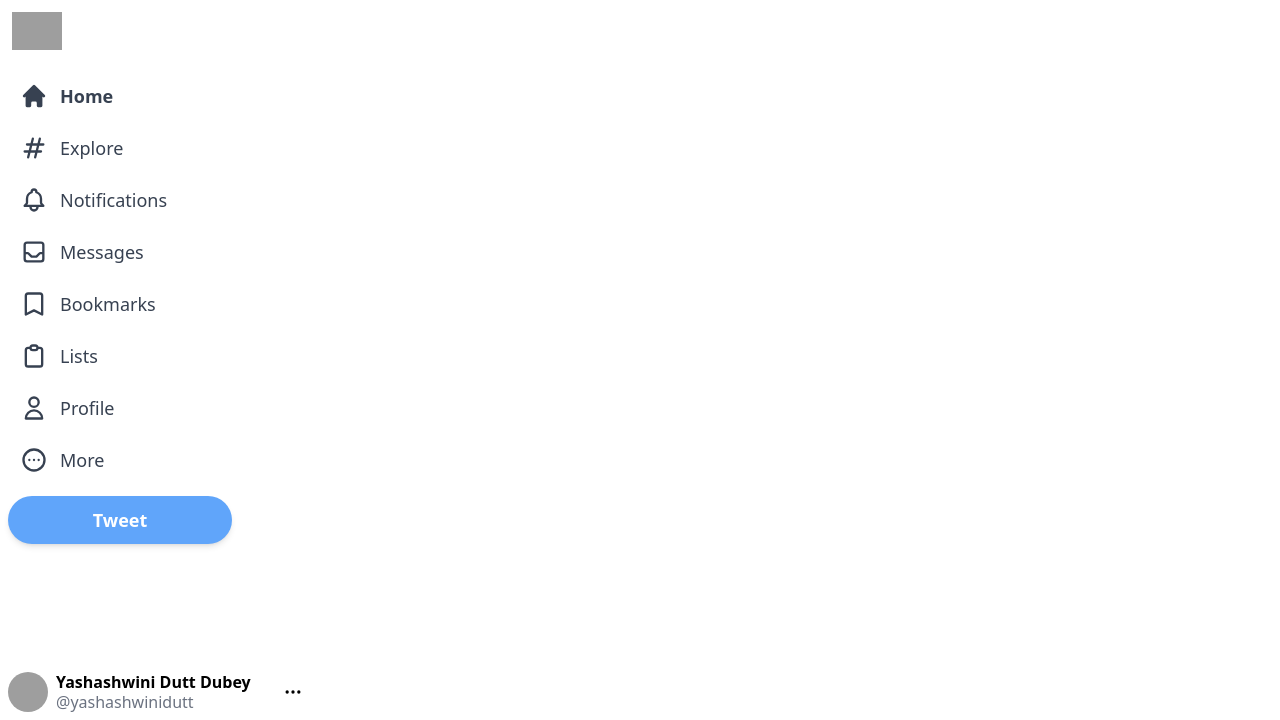
Repository: Yashashwinidutt/twitter
Page: /
These files come from the project's save history. The page is drawn as it stood at one moment and after the next save; the edit follows.
The browser window is 1280 px wide. The pictures show the whole page.
Pictures or frames that could not be fetched are drawn as grey boxes. The project was rebuilt for these pictures with package versions that can differ from the ones it lists, and the page was loaded fresh each time. The framework's server and built-in components were replaced by stand-ins that run in the browser. Also part of the build but not shown: next.config.js.

Above is the page before, as saved 2023-02-27 13:38:47.

After the next save:
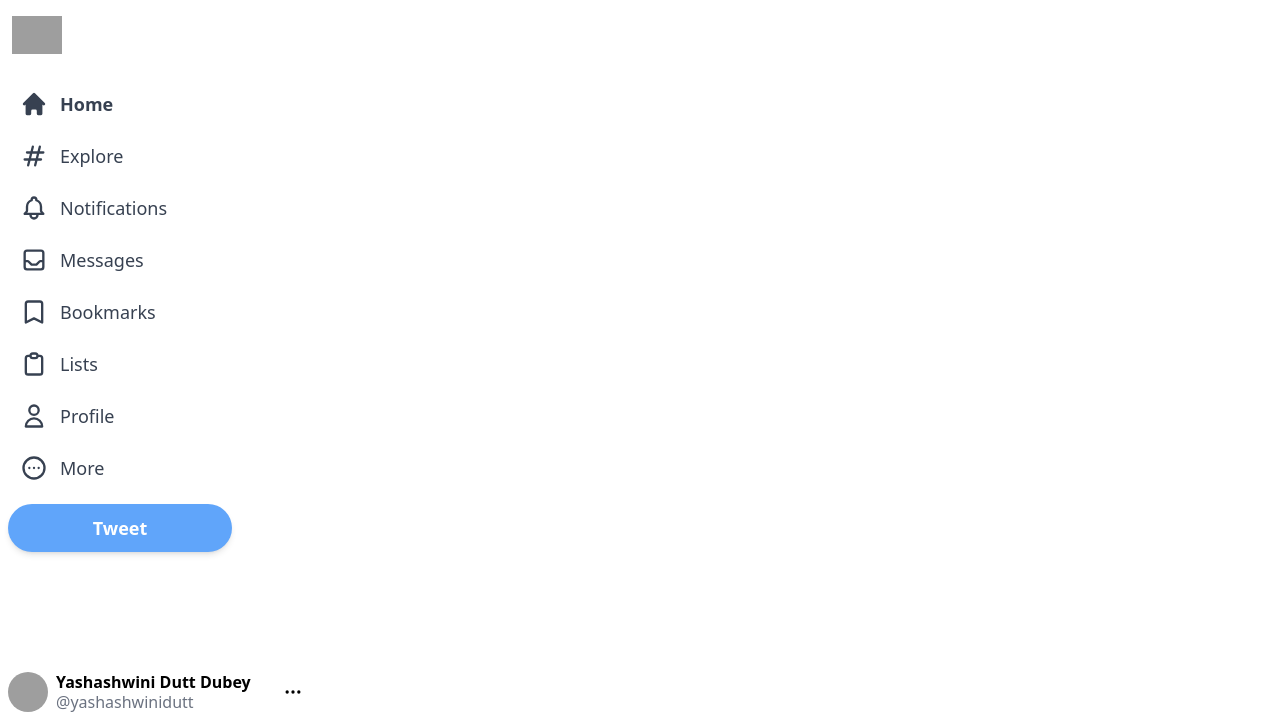
Saved 5 s later.
--- a/components/Sidebar.js
+++ b/components/Sidebar.js
@@ -13,7 +13,7 @@
   return (
     <div className="hidden sm:flex flex-col p-2 xl:items-start fixed h-full">
         {/*Twitter logo*/}
-        <div className="hoverEffect p-1 hover:bg-blue-100 xl:px-1">
+        <div className="hoverEffect p-2 hover:bg-blue-100 xl:px-1">
           <Image width="50" height="50" src="https://upload.wikimedia.org/wikipedia/commons/thumb/4/4f/Twitter-logo.svg/800px-Twitter-logo.svg.png" alt="error"></Image>
         </div>
         {/*Menu*/}
